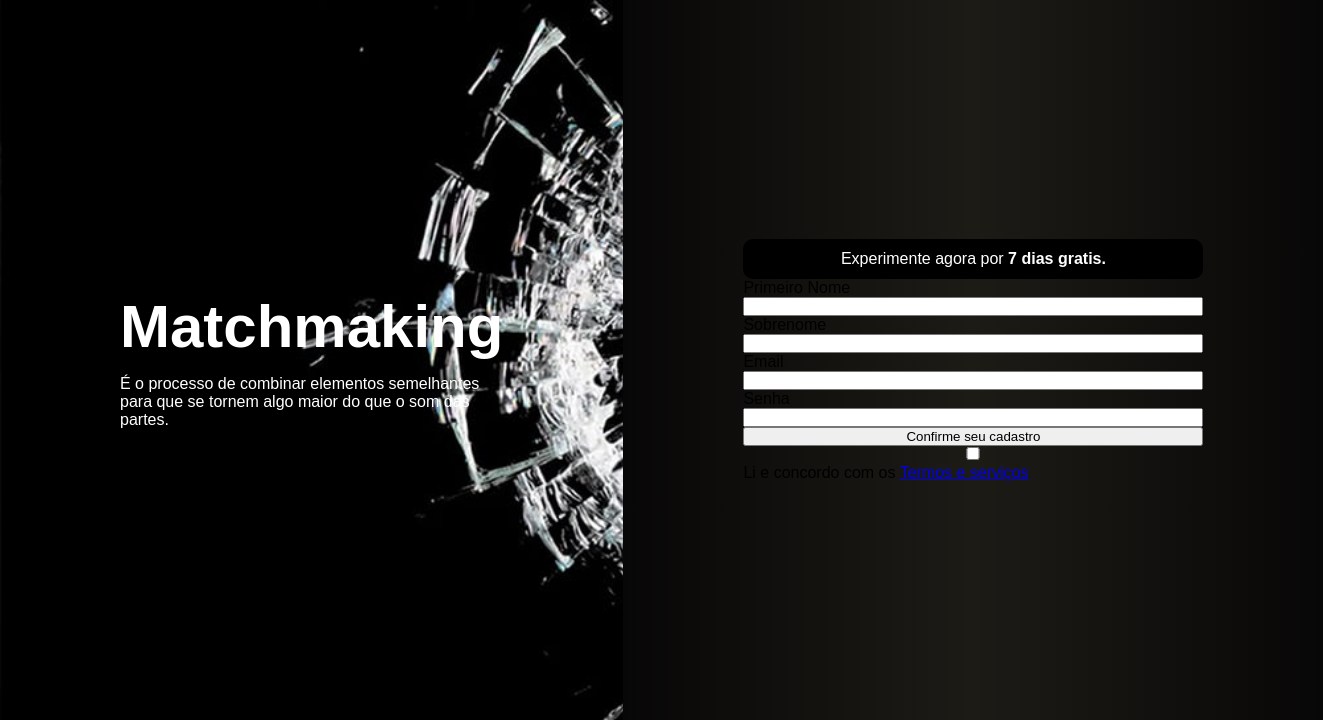
Repository: analessp/tela-login
Page: index.html
These files come from the project's save history. The page is drawn as it stood at one moment and after the next save; the edit follows.
The browser window is 1280 px wide. The page is 1323 px wide, then 1280 px, so the pictures cover 1323 px, including what lies to the right of the window. The pictures show the whole page.
Some web fonts or font styles are not loaded; a fallback is used.

Above is the page before, as saved 2025-04-16 10:07:59.

### index.html
<!DOCTYPE html>
<html lang="pt-br">
  <head>
    <meta charset="UTF-8" />
    <meta name="viewport" content="width=device-width, initial-scale=1.0" />
    <title>Tela de Login</title>
    <link rel="stylesheet" href="style.css" />
    <link rel="preconnect" href="https://fonts.googleapis.com" />
    <link rel="preconnect" href="https://fonts.gstatic.com" crossorigin />
    <link href="https://fonts.googleapis.com/css2?family=Nunito:ital,wght@0,200..1000;1,200..1000&family=Special+Gothic&display=swap" rel="stylesheet" />
  </head>
  <body>
    <main>
      <div class="container-left">
        <h1>Matchmaking</h1>
        <p>É o processo de combinar elementos semelhantes para que se tornem algo maior do que o som das partes.</p>
      </div>
      <div class="container-right">
        <a href="#" class="teste-gratis">
          <p>Experimente agora por <b>7 dias gratis.</b></p>
        </a>
        <div class="forms">
          <form>

            <div>
              <label for="name">
                <p>Primeiro Nome</p>
                <input id="name" type="text" />
              </label>
            </div>

            <div>
                <label for="lastname">
                    <p>Sobrenome</p>
                    <input id="lastname" type="text" />
                </label>
            </div>

            <div>
                <label for="email">
                    <p>Email</p>
                    <input id="email" type="email" />
                </label>
            </div>

            <div>
                <label for="password">
                    <p>Senha</p>
                    <input id="password" type="password" />
                </label>
            </div>

            <button type="submit">
                <p>Confirme seu cadastro</p>
            </button>
            <div>
                <input type="checkbox">
                <p>
                    Li e concordo com os <a href="#">Termos e serviços</a>
                </p>
            </div>
          </form>
        </div>
      </div>
    </main>
  </body>
</html>

### style.css
* {
    margin: 0;
    padding: 0;
    box-sizing: border-box;
    width: 100%;
    font-family: "Special Gothic", sans-serif;
}

main {
    display: flex;
    background-image: url("./assets/background.jpg");
    background-repeat: no-repeat center center;
    background-size: cover;
    display: flex;
    height: 100vh;
    z-index: 0;
}

&::after {
    content: "";
    background: #1e130c;
    position: absolute;
    top: 0;
    left: 0;
    opacity: 0.9;
    width: 100%;
    height: 100%;
    z-index: -1;
}

.container-left {
    color: white;
    display: flex;
    justify-content: center;
    flex-direction: column;
    padding: 40px 120px;
    gap: 14px;
}

.container-left h1 {
    font-size: 60px;

    &:hover::after{
        content: "";
        position: absolute;
        bottom: 350px;
        left: 120px;
        background-color: #d0d0d0;
        height: 4px;
        width: 420px;
        transition-duration: 800ms;
        animation-name: left-to-right;
        animation-duration: 620ms;
        animation-iteration-count: 1;
        }
}

.container-right {
    background: #080707;
    background: linear-gradient(90deg, rgba(8, 7, 7, 1) 0%, rgba(28, 27, 22, 1) 50%, rgba(8, 7, 7, 1) 100%);
    display: flex;
    flex-direction: column;
    justify-content: center;
    padding: 40px 120px;
}

.teste-gratis {
    display: flex;
    justify-content: center;
    align-items: center;
    width: 460px;
    height: 40px;
    background-color: black;
    text-decoration: none;
    color: white;
    border-radius: 10px;
}

.teste-gratis p{
text-align: center;
}

@keyframes left-to-right {
0% {
    width: 0;
}
100% {
    width: 400px;
}
}

After the next save:
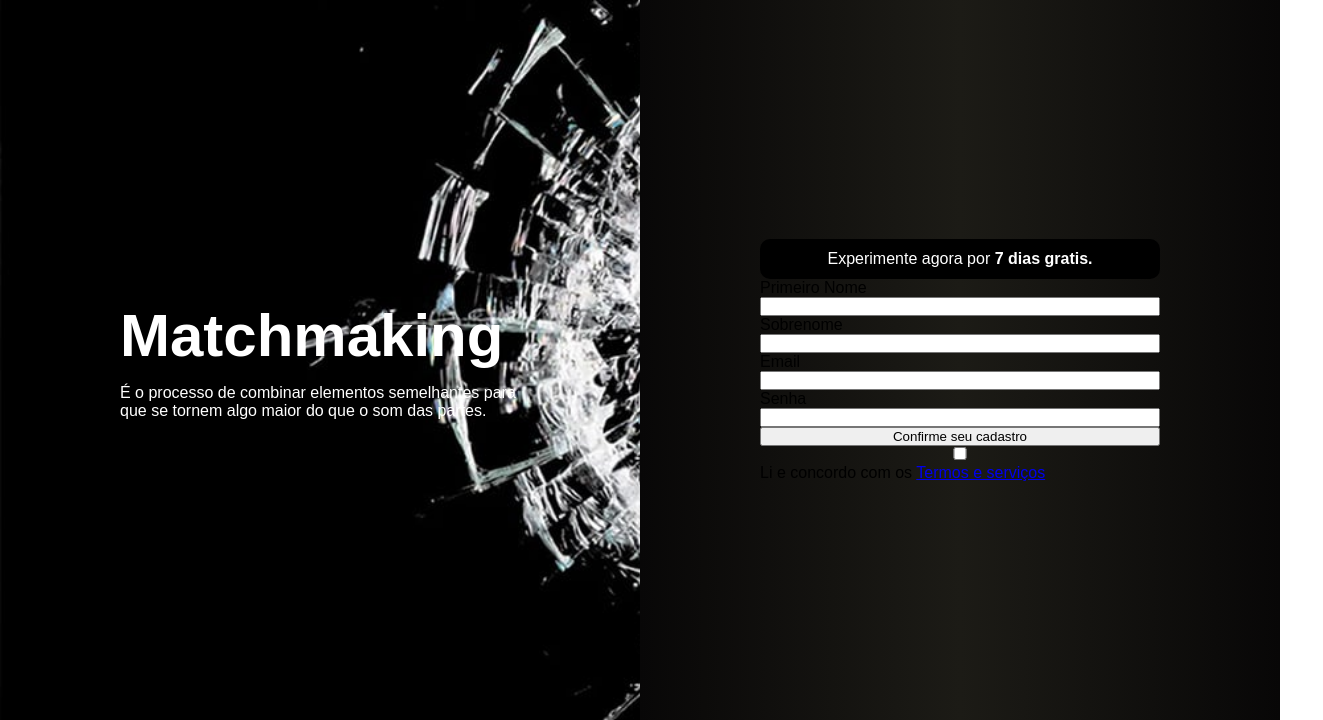
Saved 21 s later.
--- a/style.css
+++ b/style.css
@@ -68,7 +68,7 @@ main {
     display: flex;
     justify-content: center;
     align-items: center;
-    width: 460px;
+    width: 400px;
     height: 40px;
     background-color: black;
     text-decoration: none;
